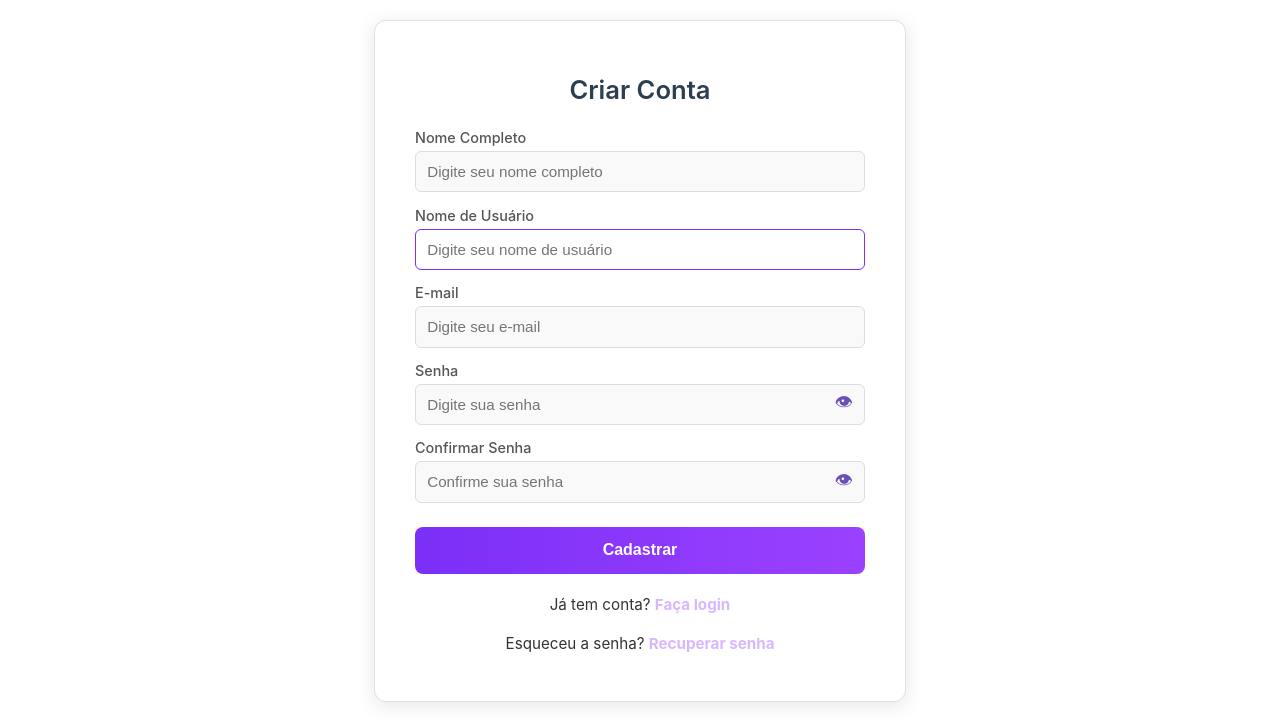
Repository: GRUPO-02-4-PERIODO-BIOPARK-2025/Sistema-Legado
Page: http://localhost/
The author's editor kept a copy of each file at every save. The page is drawn from the files as they stood at one save, then again after the next save.
The browser window is 1280 px wide. The pictures show the whole page.
The page is served by the project's application, run on Django 4.2 (sistema_pdv/manage.py).

Above is the page before, as saved 2025-11-15 17:06:08.

After the next save:
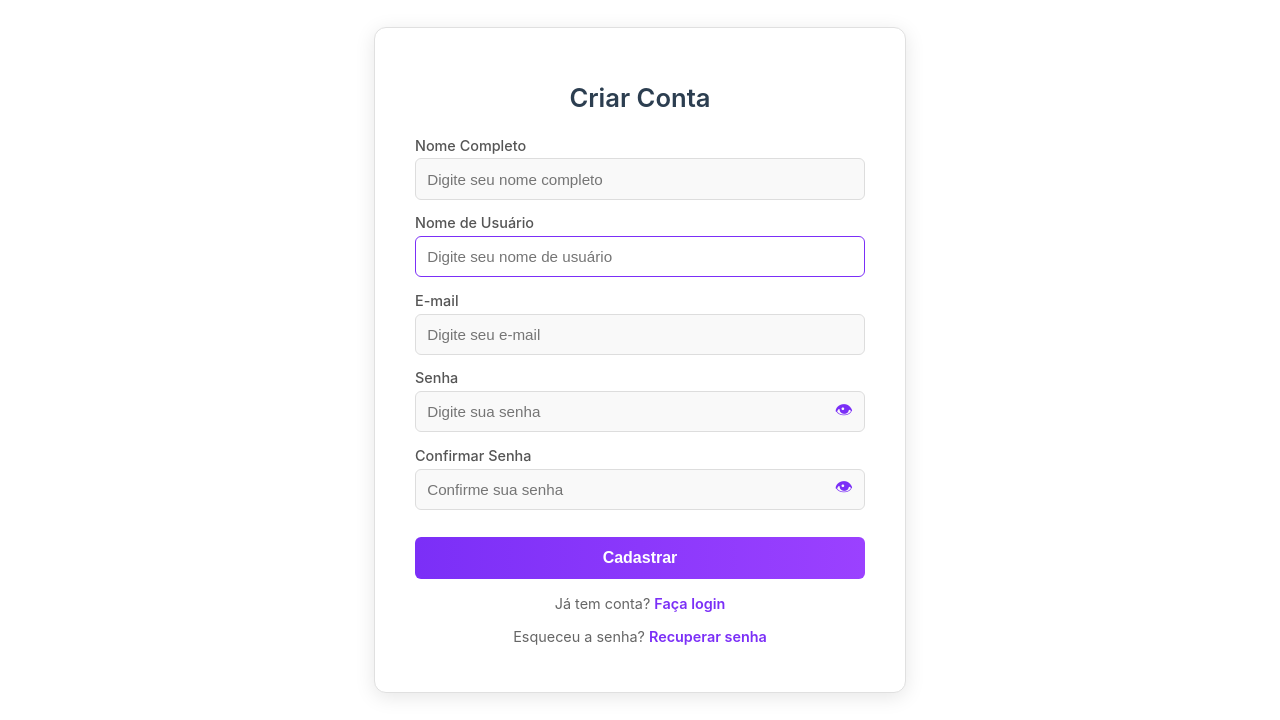
Saved 11 s later.
--- a/sistema_pdv/apps/usuarios/static/cadastro.css
+++ b/sistema_pdv/apps/usuarios/static/cadastro.css
@@ -83,45 +83,47 @@ body {
   transform: translateY(-50%);
   cursor: pointer;
   font-size: 18px;
-  color: #6a4fb8;
+  color: #7b2ff7;
   transition: 0.2s;
+  user-select: none;
 }
 
 .toggle-password:hover {
-  color: #fff;
+  color: #5a1fc9;
 }
 
 /* ==== BOTÃO ==== */
 .btn-register {
   width: 100%;
-  padding: 0.9rem;
+  padding: 0.75rem;
   border: none;
-  border-radius: 8px;
-  background: #7b2ff7;
+  border-radius: 6px;
   background: linear-gradient(90deg, #7b2ff7, #9b41ff);
   color: white;
   font-size: 1rem;
   font-weight: 600;
   cursor: pointer;
-  margin-top: 10px;
+  margin-top: 0.8rem;
   transition: 0.3s ease;
 }
 
 .btn-register:hover {
-  opacity: 0.85;
+  opacity: 0.9;
+  transform: translateY(-1px);
 }
 
 /* ==== LINKS ==== */
 .login-text {
   text-align: center;
-  margin-top: 1.3rem;
-  font-size: 0.95rem;
+  margin-top: 1rem;
+  font-size: 0.9rem;
+  color: #666;
 }
 
 .login-text a {
-  color: #d7b8ff;
+  color: #7b2ff7;
   text-decoration: none;
-  font-weight: bold;
+  font-weight: 600;
 }
 
 .login-text a:hover {
